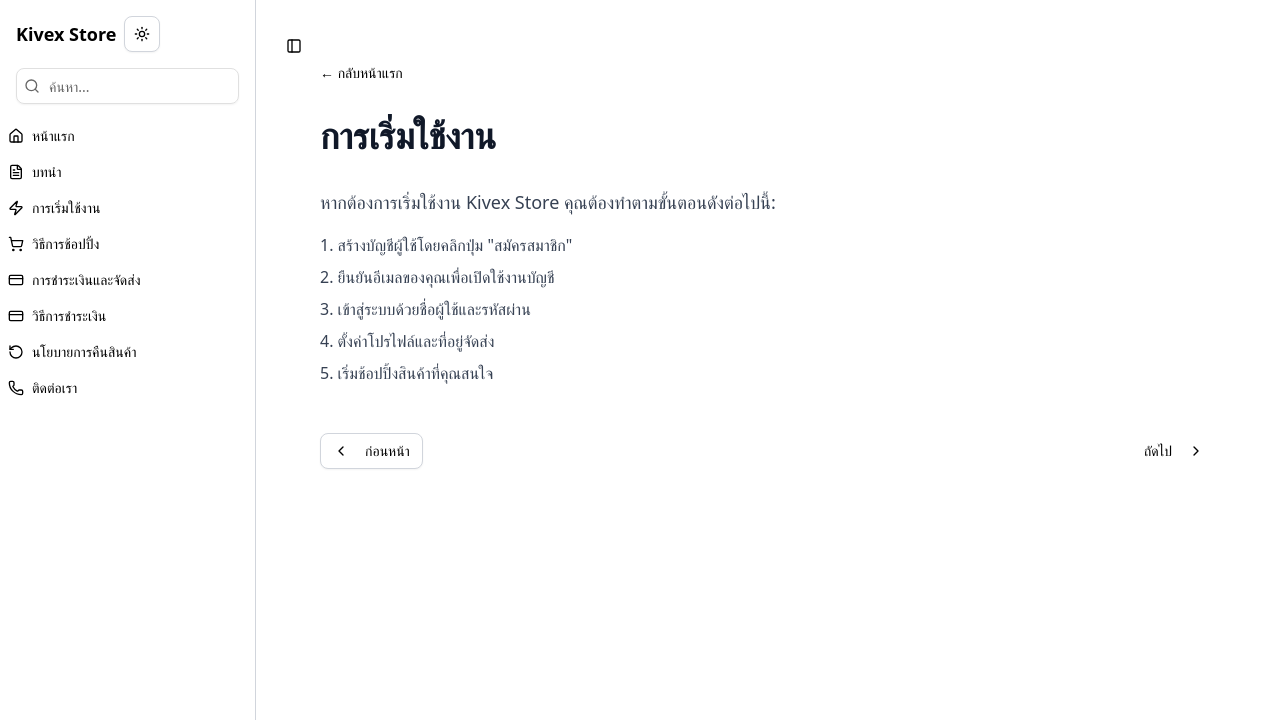
Repository: NUTellaVING/kivexdoc
Page: /getting-started
These files come from the project's save history. The page is drawn as it stood at one moment and after the next save; the edit follows.
The browser window is 1280 px wide. The pictures show the whole page.
The project was rebuilt for these pictures with package versions that can differ from the ones it lists, and the page was loaded fresh each time. The framework's server and built-in components were replaced by stand-ins that run in the browser. Also part of the build but not shown: next.config.ts, components/ui/separator.tsx, components/ui/skeleton.tsx. Imported but missing from the stored project, and not drawn on this page: components/ui/sheet.

Above is the page before, as saved 2025-12-06 16:10:53.

### app/layout.tsx
import type { Metadata } from "next";
import { Geist, Geist_Mono } from "next/font/google";
import "./globals.css";

const geistSans = Geist({
  variable: "--font-geist-sans",
  subsets: ["latin"],
});

const geistMono = Geist_Mono({
  variable: "--font-geist-mono",
  subsets: ["latin"],
});

export const metadata: Metadata = {
  title: "Kivex Store",
  description: "ข้อมูลและวิธีการใช้งาน",
};

export default function RootLayout({
  children,
}: Readonly<{
  children: React.ReactNode;
}>) {
  return (
    <html lang="en">
      <body
        className={`${geistSans.variable} ${geistMono.variable} antialiased`}
      >
        {children}
      </body>
    </html>
  );
}

### app/getting-started/page.tsx
"use client"

import Link from "next/link"
import { ChevronLeft, ChevronRight } from "lucide-react"

import { SidebarProvider, SidebarTrigger } from "@/components/ui/sidebar"
import { Button } from "@/components/ui/button"
import { AppSidebar } from "@/components/app-sidebar"

export default function GettingStarted() {
  return (
    <SidebarProvider>
      <div className="flex min-h-screen w-full">
        <AppSidebar />
        <main className="flex-1 px-6 py-8">
          <SidebarTrigger />
          <div className="max-w-4xl mx-auto">
            <div className="mb-8">
              <Link href="/" className="text-sm text-blue-600 hover:text-blue-800">&larr; กลับหน้าแรก</Link>
            </div>

            <section>
              <h1 className="text-4xl font-bold text-gray-900 dark:text-white mb-8">
                การเริ่มใช้งาน
              </h1>
              <div className="mb-6">
                <p className="text-gray-700 dark:text-gray-300 leading-relaxed text-lg mb-4">
                  หากต้องการเริ่มใช้งาน Kivex Store คุณต้องทำตามขั้นตอนดังต่อไปนี้:
                </p>
                <ol className="list-decimal list-inside space-y-2 text-gray-700 dark:text-gray-300">
                  <li>สร้างบัญชีผู้ใช้โดยคลิกปุ่ม "สมัครสมาชิก"</li>
                  <li>ยืนยันอีเมลของคุณเพื่อเปิดใช้งานบัญชี</li>
                  <li>เข้าสู่ระบบด้วยชื่อผู้ใช้และรหัสผ่าน</li>
                  <li>ตั้งค่าโปรไฟล์และที่อยู่จัดส่ง</li>
                  <li>เริ่มช้อปปิ้งสินค้าที่คุณสนใจ</li>
                </ol>
              </div>
            </section>

            <div className="flex justify-between mt-12">
              <Button asChild variant="outline">
                <Link href="/introduction">
                  <ChevronLeft className="h-4 w-4 mr-2" />
                  ก่อนหน้า
                </Link>
              </Button>
              <Button asChild>
                <Link href="/shopping-methods">
                  ถัดไป
                  <ChevronRight className="h-4 w-4 ml-2" />
                </Link>
              </Button>
            </div>
          </div>
        </main>
      </div>
    </SidebarProvider>
  );
}

### components/ui/button.tsx
import * as React from "react"
import { Slot } from "@radix-ui/react-slot"
import { cva, type VariantProps } from "class-variance-authority"

import { cn } from "@/lib/utils"

const buttonVariants = cva(
  "inline-flex items-center justify-center gap-2 whitespace-nowrap rounded-md text-sm font-medium transition-all disabled:pointer-events-none disabled:opacity-50 [&_svg]:pointer-events-none [&_svg:not([class*='size-'])]:size-4 shrink-0 [&_svg]:shrink-0 outline-none focus-visible:border-ring focus-visible:ring-ring/50 focus-visible:ring-[3px] aria-invalid:ring-destructive/20 dark:aria-invalid:ring-destructive/40 aria-invalid:border-destructive",
  {
    variants: {
      variant: {
        default: "bg-primary text-primary-foreground hover:bg-primary/90",
        destructive:
          "bg-destructive text-white hover:bg-destructive/90 focus-visible:ring-destructive/20 dark:focus-visible:ring-destructive/40 dark:bg-destructive/60",
        outline:
          "border bg-background shadow-xs hover:bg-accent hover:text-accent-foreground dark:bg-input/30 dark:border-input dark:hover:bg-input/50",
        secondary:
          "bg-secondary text-secondary-foreground hover:bg-secondary/80",
        ghost:
          "hover:bg-accent hover:text-accent-foreground dark:hover:bg-accent/50",
        link: "text-primary underline-offset-4 hover:underline",
      },
      size: {
        default: "h-9 px-4 py-2 has-[>svg]:px-3",
        sm: "h-8 rounded-md gap-1.5 px-3 has-[>svg]:px-2.5",
        lg: "h-10 rounded-md px-6 has-[>svg]:px-4",
        icon: "size-9",
        "icon-sm": "size-8",
        "icon-lg": "size-10",
      },
    },
    defaultVariants: {
      variant: "default",
      size: "default",
    },
  }
)

function Button({
  className,
  variant,
  size,
  asChild = false,
  ...props
}: React.ComponentProps<"button"> &
  VariantProps<typeof buttonVariants> & {
    asChild?: boolean
  }) {
  const Comp = asChild ? Slot : "button"

  return (
    <Comp
      data-slot="button"
      className={cn(buttonVariants({ variant, size, className }))}
      {...props}
    />
  )
}

export { Button, buttonVariants }

### components/app-sidebar.tsx
"use client"

import { Search, FileText, Zap, ShoppingCart, CreditCard, RotateCcw, Mail, Phone, MessageSquare, Home as HomeIcon } from "lucide-react"

import {
  Sidebar,
  SidebarContent,
  SidebarHeader,
  SidebarMenu,
  SidebarMenuButton,
  SidebarMenuItem,
} from "@/components/ui/sidebar"
import { Input } from "@/components/ui/input"
import { ThemeToggle } from "@/components/theme-toggle"

const items = [
  {
    title: "หน้าแรก",
    url: "/",
    icon: HomeIcon,
  },
  {
    title: "บทนำ",
    url: "/introduction",
    icon: FileText,
  },
  {
    title: "การเริ่มใช้งาน",
    url: "/getting-started",
    icon: Zap,
  },
  {
    title: "วิธีการช้อปปิ้ง",
    url: "/shopping-methods",
    icon: ShoppingCart,
  },
  {
    title: "การชำระเงินและจัดส่ง",
    url: "/payment-shipping",
    icon: CreditCard,
  },
  {
    title: "วิธีการชำระเงิน",
    url: "/payment-methods",
    icon: CreditCard,
  },
  {
    title: "นโยบายการคืนสินค้า",
    url: "/return-policy",
    icon: RotateCcw,
  },
  {
    title: "ติดต่อเรา",
    url: "/contact",
    icon: Phone,
  },
]

export function AppSidebar() {
  return (
    <Sidebar>
      <SidebarHeader>
        <div className="flex items-center gap-2 px-2 py-2">
          <h2 className="text-lg font-semibold">Kivex Store</h2>
          <ThemeToggle />
        </div>
        <div className="px-2 pb-2">
          <div className="relative">
            <Search className="absolute left-2 top-1/2 h-4 w-4 -translate-y-1/2 text-muted-foreground" />
            <Input
              placeholder="ค้นหา..."
              className="pl-8"
            />
          </div>
        </div>
      </SidebarHeader>
      <SidebarContent>
        <SidebarMenu>
          {items.map((item) => (
            <SidebarMenuItem key={item.title}>
              <SidebarMenuButton asChild>
                <a href={item.url}>
                  <item.icon />
                  <span>{item.title}</span>
                </a>
              </SidebarMenuButton>
            </SidebarMenuItem>
          ))}
        </SidebarMenu>
      </SidebarContent>
    </Sidebar>
  )
}

### components/ui/input.tsx
import * as React from "react"

import { cn } from "@/lib/utils"

function Input({ className, type, ...props }: React.ComponentProps<"input">) {
  return (
    <input
      type={type}
      data-slot="input"
      suppressHydrationWarning={true}
      className={cn(
        "file:text-foreground placeholder:text-muted-foreground selection:bg-primary selection:text-primary-foreground dark:bg-input/30 border-input h-9 w-full min-w-0 rounded-md border bg-transparent px-3 py-1 text-base shadow-xs transition-[color,box-shadow] outline-none file:inline-flex file:h-7 file:border-0 file:bg-transparent file:text-sm file:font-medium disabled:pointer-events-none disabled:cursor-not-allowed disabled:opacity-50 md:text-sm",
        "focus-visible:border-ring focus-visible:ring-ring/50 focus-visible:ring-[3px]",
        "aria-invalid:ring-destructive/20 dark:aria-invalid:ring-destructive/40 aria-invalid:border-destructive",
        className
      )}
      {...props}
    />
  )
}

export { Input }

### components/ui/tooltip.tsx
"use client"

import * as React from "react"
import * as TooltipPrimitive from "@radix-ui/react-tooltip"

import { cn } from "@/lib/utils"

function TooltipProvider({
  delayDuration = 0,
  ...props
}: React.ComponentProps<typeof TooltipPrimitive.Provider>) {
  return (
    <TooltipPrimitive.Provider
      data-slot="tooltip-provider"
      delayDuration={delayDuration}
      {...props}
    />
  )
}

function Tooltip({
  ...props
}: React.ComponentProps<typeof TooltipPrimitive.Root>) {
  return (
    <TooltipProvider>
      <TooltipPrimitive.Root data-slot="tooltip" {...props} />
    </TooltipProvider>
  )
}

function TooltipTrigger({
  ...props
}: React.ComponentProps<typeof TooltipPrimitive.Trigger>) {
  return <TooltipPrimitive.Trigger data-slot="tooltip-trigger" {...props} />
}

function TooltipContent({
  className,
  sideOffset = 0,
  children,
  ...props
}: React.ComponentProps<typeof TooltipPrimitive.Content>) {
  return (
    <TooltipPrimitive.Portal>
      <TooltipPrimitive.Content
        data-slot="tooltip-content"
        sideOffset={sideOffset}
        className={cn(
          "bg-foreground text-background animate-in fade-in-0 zoom-in-95 data-[state=closed]:animate-out data-[state=closed]:fade-out-0 data-[state=closed]:zoom-out-95 data-[side=bottom]:slide-in-from-top-2 data-[side=left]:slide-in-from-right-2 data-[side=right]:slide-in-from-left-2 data-[side=top]:slide-in-from-bottom-2 z-50 w-fit origin-(--radix-tooltip-content-transform-origin) rounded-md px-3 py-1.5 text-xs text-balance",
          className
        )}
        {...props}
      >
        {children}
        <TooltipPrimitive.Arrow className="bg-foreground fill-foreground z-50 size-2.5 translate-y-[calc(-50%_-_2px)] rotate-45 rounded-[2px]" />
      </TooltipPrimitive.Content>
    </TooltipPrimitive.Portal>
  )
}

export { Tooltip, TooltipTrigger, TooltipContent, TooltipProvider }

### components/theme-toggle.tsx
"use client"

import * as React from "react"
import { Moon, Sun } from "lucide-react"

import { Button } from "@/components/ui/button"

export function ThemeToggle() {
  const [theme, setTheme] = React.useState<"light" | "dark">("light")

  React.useEffect(() => {
    const savedTheme = localStorage.getItem("theme") as "light" | "dark" | null
    const systemPrefersDark = window.matchMedia("(prefers-color-scheme: dark)").matches
    const initialTheme = savedTheme || (systemPrefersDark ? "dark" : "light")
    setTheme(initialTheme)
    document.documentElement.classList.toggle("dark", initialTheme === "dark")
  }, [])

  const toggleTheme = () => {
    const newTheme = theme === "dark" ? "light" : "dark"
    setTheme(newTheme)
    document.documentElement.classList.toggle("dark", newTheme === "dark")
    localStorage.setItem("theme", newTheme)
  }

  return (
    <Button variant="outline" size="icon" onClick={toggleTheme}>
      <Sun className="h-[1.2rem] w-[1.2rem] rotate-0 scale-100 transition-all dark:-rotate-90 dark:scale-0" />
      <Moon className="absolute h-[1.2rem] w-[1.2rem] rotate-90 scale-0 transition-all dark:rotate-0 dark:scale-100" />
      <span className="sr-only">Toggle theme</span>
    </Button>
  )
}

Loaded but not shown: app/globals.css (common file); hooks/use-mobile.ts (common file); lib/utils.ts (common file); components/ui/sidebar.tsx (726 lines, source omitted)

After the next save:
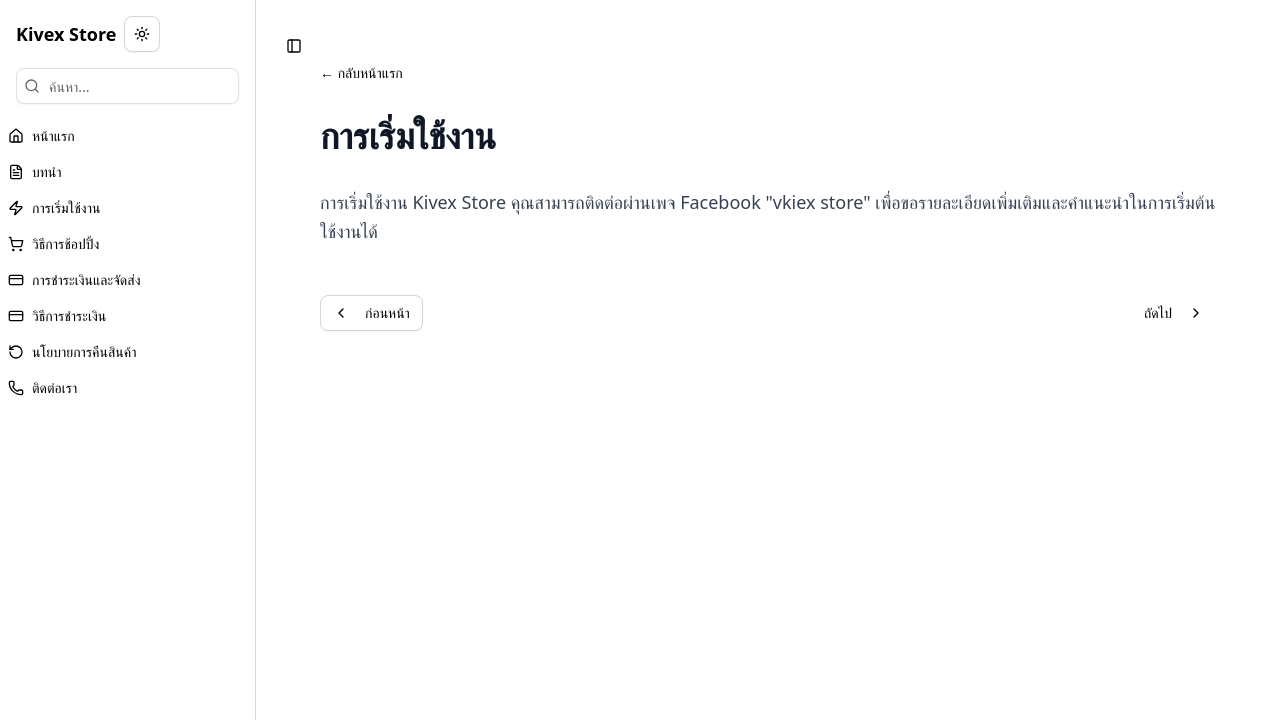
Saved 43 s later.
--- a/app/getting-started/page.tsx
+++ b/app/getting-started/page.tsx
@@ -25,15 +25,8 @@ export default function GettingStarted() {
               </h1>
               <div className="mb-6">
                 <p className="text-gray-700 dark:text-gray-300 leading-relaxed text-lg mb-4">
-                  หากต้องการเริ่มใช้งาน Kivex Store คุณต้องทำตามขั้นตอนดังต่อไปนี้:
+                  การเริ่มใช้งาน Kivex Store คุณสามารถติดต่อผ่านเพจ Facebook "vkiex store" เพื่อขอรายละเอียดเพิ่มเติมและคำแนะนำในการเริ่มต้นใช้งานได้
                 </p>
-                <ol className="list-decimal list-inside space-y-2 text-gray-700 dark:text-gray-300">
-                  <li>สร้างบัญชีผู้ใช้โดยคลิกปุ่ม "สมัครสมาชิก"</li>
-                  <li>ยืนยันอีเมลของคุณเพื่อเปิดใช้งานบัญชี</li>
-                  <li>เข้าสู่ระบบด้วยชื่อผู้ใช้และรหัสผ่าน</li>
-                  <li>ตั้งค่าโปรไฟล์และที่อยู่จัดส่ง</li>
-                  <li>เริ่มช้อปปิ้งสินค้าที่คุณสนใจ</li>
-                </ol>
               </div>
             </section>
 
